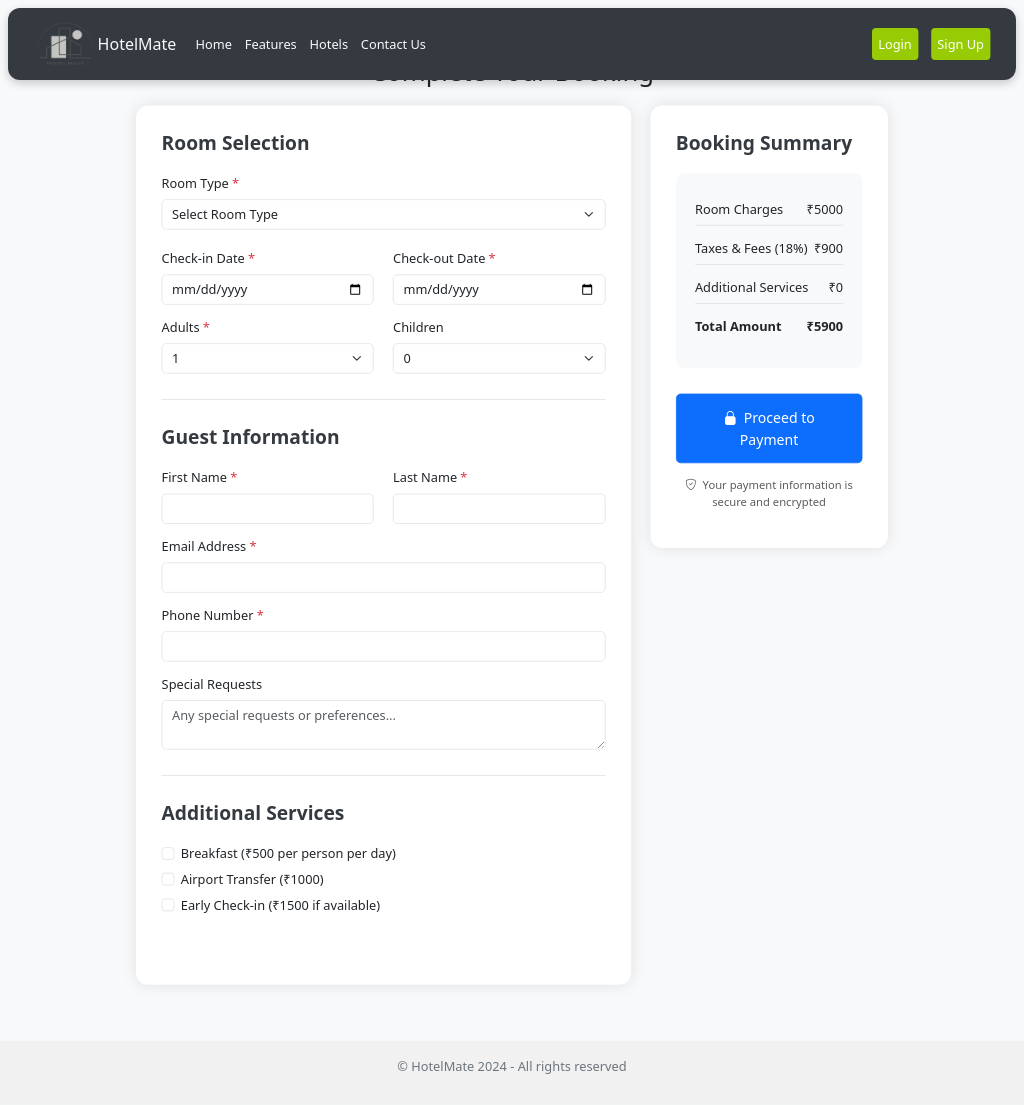
Repository: himanshu2k23/HoteMate
Page: http://localhost/HotelMate/booking.jsp
These files come from the project's save history. The page is drawn as it stood at one moment and after the next save; the edit follows.
The browser window is 1280 px wide. The pictures show the whole page, at 80% of full size.
The page is served by Tomcat 10. Other server files are loaded and not shown.

Above is the page before, as saved 2025-01-15 08:35:57.

### HotelMate/src/main/webapp/booking.jsp
<%@ page contentType="text/html;charset=UTF-8" language="java"%>
<!DOCTYPE html>
<html lang="en">
<head>
<meta charset="UTF-8">
<meta name="viewport" content="width=device-width, initial-scale=1.0">
<title>Book Your Stay - HotelMate</title>
<link
	href="https://cdn.jsdelivr.net/npm/bootstrap@5.3.0/dist/css/bootstrap.min.css"
	rel="stylesheet">
<link
	href="https://cdn.jsdelivr.net/npm/bootstrap-icons/font/bootstrap-icons.css"
	rel="stylesheet">

<style>
body {
	background-color: #f8f9fa;
}

.booking-container {
	max-width: 1000px;
	margin: 40px auto;
	padding: 30px;

}

.booking-form {
	background: white;
	padding: 2rem;
	border-radius: 15px;
	box-shadow: 0 0 20px rgba(0, 0, 0, 0.1);
}

.booking-summary {
	background: #f8f9fa;
	padding: 1.5rem;
	border-radius: 10px;
	margin-bottom: 2rem;
}

.price-detail {
	display: flex;
	justify-content: space-between;
	margin-bottom: 0.5rem;
	padding: 0.5rem 0;
	border-bottom: 1px solid #dee2e6;
}

.price-detail:last-child {
	border-bottom: none;
	font-weight: bold;
}

.form-section {
	margin-bottom: 2rem;
	padding-bottom: 1rem;
	border-bottom: 1px solid #dee2e6;
}

.form-section:last-child {
	border-bottom: none;
}

.section-title {
	color: #343a40;
	margin-bottom: 1.5rem;
	font-weight: 600;
}

.input-group-text {
	background-color: #f8f9fa;
}

.btn-proceed {
	padding: 1rem 2rem;
	font-size: 1.1rem;
	font-weight: 500;
}

.room-type-select {
	margin-bottom: 1.5rem;
}

.special-requests {
	min-height: 100px;
}

.error-feedback {
	color: #dc3545;
	font-size: 0.875rem;
	margin-top: 0.25rem;
}

.required-field::after {
	content: "*";
	color: #dc3545;
	margin-left: 4px;
}
</style>
</head>
<body>
	<!-- Navbar -->
	<%@ include file="/Components/navbar.jsp"%>

	<div class="container booking-container">
		<h2 class="text-center mb-4">Complete Your Booking</h2>

		<div class="row">
			<div class="col-lg-8">
				<form class="booking-form" id="bookingForm"
					action="ProcessPaymentServlet" method="POST">
					<!-- Room Selection -->
					<div class="form-section">
						<h4 class="section-title">Room Selection</h4>
						<div class="room-type-select">
							<label class="form-label required-field">Room Type</label> <select
								class="form-select" name="roomType" required>
								<option value="">Select Room Type</option>
								<option value="deluxe">Deluxe Room</option>
								<option value="suite">Executive Suite</option>
								<option value="presidential">Presidential Suite</option>
							</select>
						</div>

						<div class="row">
							<div class="col-md-6 mb-3">
								<label class="form-label required-field">Check-in Date</label> <input
									type="date" class="form-control" name="checkIn" required>
							</div>
							<div class="col-md-6 mb-3">
								<label class="form-label required-field">Check-out Date</label>
								<input type="date" class="form-control" name="checkOut" required>
							</div>
						</div>

						<div class="row">
							<div class="col-md-6 mb-3">
								<label class="form-label required-field">Adults</label> <select
									class="form-select" name="adults" required>
									<option value="1">1</option>
									<option value="2">2</option>
									<option value="3">3</option>
									<option value="4">4</option>
								</select>
							</div>
							<div class="col-md-6 mb-3">
								<label class="form-label">Children</label> <select
									class="form-select" name="children">
									<option value="0">0</option>
									<option value="1">1</option>
									<option value="2">2</option>
									<option value="3">3</option>
								</select>
							</div>
						</div>
					</div>

					<!-- Guest Information -->
					<div class="form-section">
						<h4 class="section-title">Guest Information</h4>
						<div class="row">
							<div class="col-md-6 mb-3">
								<label class="form-label required-field">First Name</label> <input
									type="text" class="form-control" name="firstName" required>
							</div>
							<div class="col-md-6 mb-3">
								<label class="form-label required-field">Last Name</label> <input
									type="text" class="form-control" name="lastName" required>
							</div>
						</div>

						<div class="mb-3">
							<label class="form-label required-field">Email Address</label> <input
								type="email" class="form-control" name="email" required>
						</div>

						<div class="mb-3">
							<label class="form-label required-field">Phone Number</label> <input
								type="tel" class="form-control" name="phone" required>
						</div>

						<div class="mb-3">
							<label class="form-label">Special Requests</label>
							<textarea class="form-control special-requests"
								name="specialRequests"
								placeholder="Any special requests or preferences..."></textarea>
						</div>
					</div>

					<!-- Additional Services -->
					<div class="form-section">
						<h4 class="section-title">Additional Services</h4>
						<div class="form-check mb-2">
							<input class="form-check-input" type="checkbox" name="breakfast"
								id="breakfast"> <label class="form-check-label"
								for="breakfast"> Breakfast (₹500 per person per day) </label>
						</div>
						<div class="form-check mb-2">
							<input class="form-check-input" type="checkbox" name="airport"
								id="airport"> <label class="form-check-label"
								for="airport"> Airport Transfer (₹1000) </label>
						</div>
						<div class="form-check mb-2">
							<input class="form-check-input" type="checkbox"
								name="earlyCheckin" id="earlyCheckin"> <label
								class="form-check-label" for="earlyCheckin"> Early
								Check-in (₹1500 if available) </label>
						</div>
					</div>
				</form>
			</div>

			<!-- Booking Summary -->
			<div class="col-lg-4">
				<div class="booking-form">
					<h4 class="section-title">Booking Summary</h4>
					<div class="booking-summary">
						<div class="price-detail">
							<span>Room Charges</span> <span>₹5000</span>
						</div>
						<div class="price-detail">
							<span>Taxes & Fees (18%)</span> <span>₹900</span>
						</div>
						<div class="price-detail">
							<span>Additional Services</span> <span>₹0</span>
						</div>
						<div class="price-detail">
							<span>Total Amount</span> <span>₹5900</span>
						</div>
					</div>

					<button type="submit" form="bookingForm"
						class="btn btn-primary w-100 btn-proceed">
						<i class="bi bi-lock-fill me-2"></i>Proceed to Payment
					</button>

					<p class="text-muted small text-center mt-3">
						<i class="bi bi-shield-check me-1"></i> Your payment information
						is secure and encrypted
					</p>
				</div>
			</div>
		</div>
	</div>

	<!-- Footer -->
	<%@ include file="/Components/footer.jsp"%>

	<script
		src="https://cdn.jsdelivr.net/npm/@popperjs/core@2.11.7/dist/umd/popper.min.js"></script>
	<script
		src="https://cdn.jsdelivr.net/npm/bootstrap@5.3.0/dist/js/bootstrap.min.js"></script>

	<script>
        document.getElementById('bookingForm').addEventListener('submit', function(e) {
            e.preventDefault();
            // Add your payment gateway integration code here
            alert('Redirecting to payment gateway...');
            this.submit();
        });

        // Update booking summary based on selections
        const updateSummary = () => {
            // Add your price calculation logic here
        };

        // Add date validation
        const checkInDate = document.querySelector('input[name="checkIn"]');
        const checkOutDate = document.querySelector('input[name="checkOut"]');

        const today = new Date().toISOString().split('T')[0];
        checkInDate.min = today;

        checkInDate.addEventListener('change', function() {
            checkOutDate.min = this.value;
        });
    </script>
</body>
</html>

### HotelMate/src/main/webapp/Components/navbar.jsp
<%@ page import="jakarta.servlet.http.HttpSession"%>
<%@ page import="jakarta.servlet.http.HttpServletRequest"%>


<nav class="navbar navbar-expand-lg"
	style="background-color: #343a40; border-radius: 15px; padding: 10px 20px; box-shadow: 0px 4px 12px rgba(0, 0, 0, 0.2); margin: 10px; position: fixed; top: 0px; width: calc(100% - 20px); z-index: 1000;">
	<div class="container-fluid">
		<!-- Logo and Brand Name -->
		<a class="navbar-brand text-light d-flex align-items-center"
			href="index.jsp"> <img
			src="http://localhost:8080/HotelMate/Images/HotelmateLogo.png"
			alt="Logo" width="80" height="60"
			class="d-inline-block align-text-top"> <span
			class="nav-link text-light active">HotelMate</span>
		</a>

		<!-- Toggler button for smaller screens -->
		<button class="navbar-toggler" type="button" data-bs-toggle="collapse"
			data-bs-target="#navbarNav" aria-controls="navbarNav"
			aria-expanded="false" aria-label="Toggle navigation"
			style="border-color: #f8f9fa;">
			<span class="navbar-toggler-icon" style="color: #f8f9fa;"></span>
		</button>

		<!-- Navbar Links -->
		<div class="collapse navbar-collapse" id="navbarNav">
			<ul class="navbar-nav me-auto">
				<li class="nav-item"><a
					class="nav-link text-light active hover-effect" aria-current="page"
					href="index.jsp">Home</a></li>
				<li class="nav-item"><a
					class="nav-link text-light hover-effect" href="#"
					onclick="scrollToFeatures(event)">Features</a></li>
				<li class="nav-item"><a
					class="nav-link text-light hover-effect" href="HotelDataServlet">Hotels</a>
				</li>
				<li class="nav-item"><a
					class="nav-link text-light hover-effect" href="#"
					onclick="scrollToContact(event)">Contact Us</a></li>
			</ul>

			<!-- Login/Sign Up or Account Dropdown -->
			<ul class="navbar-nav ms-auto gap-3">
				<%
				// Check if the session exists and retrieve user data
				if (session.getAttribute("userEmail") != null) {
					String username = (String) session.getAttribute("userEmail");
				%>
				<li class="nav-item dropdown"><a
					class="nav-link dropdown-toggle text-light" href="#"
					id="userDropdown" role="button" data-bs-toggle="dropdown"
					aria-expanded="false"> <i class="bi bi-person-circle"
						style="font-size: 2rem;"></i>
				</a>
					<ul class="dropdown-menu dropdown-menu-end"
						aria-labelledby="userDropdown">
						<li><a class="dropdown-item" href="mybookings.jsp">My
								Bookings</a></li>
						<li><hr class="dropdown-divider"></li>
						<li><a class="dropdown-item" href="LogoutServlet">Logout</a></li>
					</ul></li>
				<%
				} else {
				// User is not logged in
				%>
				<li class="nav-item"><a class="nav-link login-btn"
					href="login.jsp">Login</a></li>
				<li class="nav-item"><a class="nav-link signup-btn"
					href="signup.jsp">Sign Up</a></li>
				<%
				}
				%>
			</ul>
		</div>
	</div>
</nav>
<script type="text/javascript">
function scrollToFeatures(event) {
	event.preventDefault();
	localStorage.setItem('scrollToFeatures', 'true');
	window.location.href = "index.jsp";
}

function scrollToContact(event) {
	event.preventDefault();
	localStorage.setItem('scrollToContact', 'true');
	window.location.href = "index.jsp";
}

</script>

<style>
.hover-effect {
	transition: color 0.3s ease, background-color 0.3s ease;
}

.hover-effect:hover {
	color: #97CC04 !important;
}

.login-btn, .signup-btn {
	background-color: #97CC04;
	color: #fff;
	border-radius: 5px;
	padding: 8px 15px;
	transition: background-color 0.3s ease;
}

.login-btn:hover, .signup-btn:hover {
	background-color: #76b302;
	color: #fff;
}
</style>

### HotelMate/src/main/webapp/Components/footer.jsp
<style>
.footer {
	padding: 20px 0;
	background-color: #f1f1f1;
	text-align: center;
}
</style>

<div class='footer' id="footer">
	<p class="text-center text-secondary">© HotelMate 2024 - All
		rights reserved</p>
</div>

After the next save:
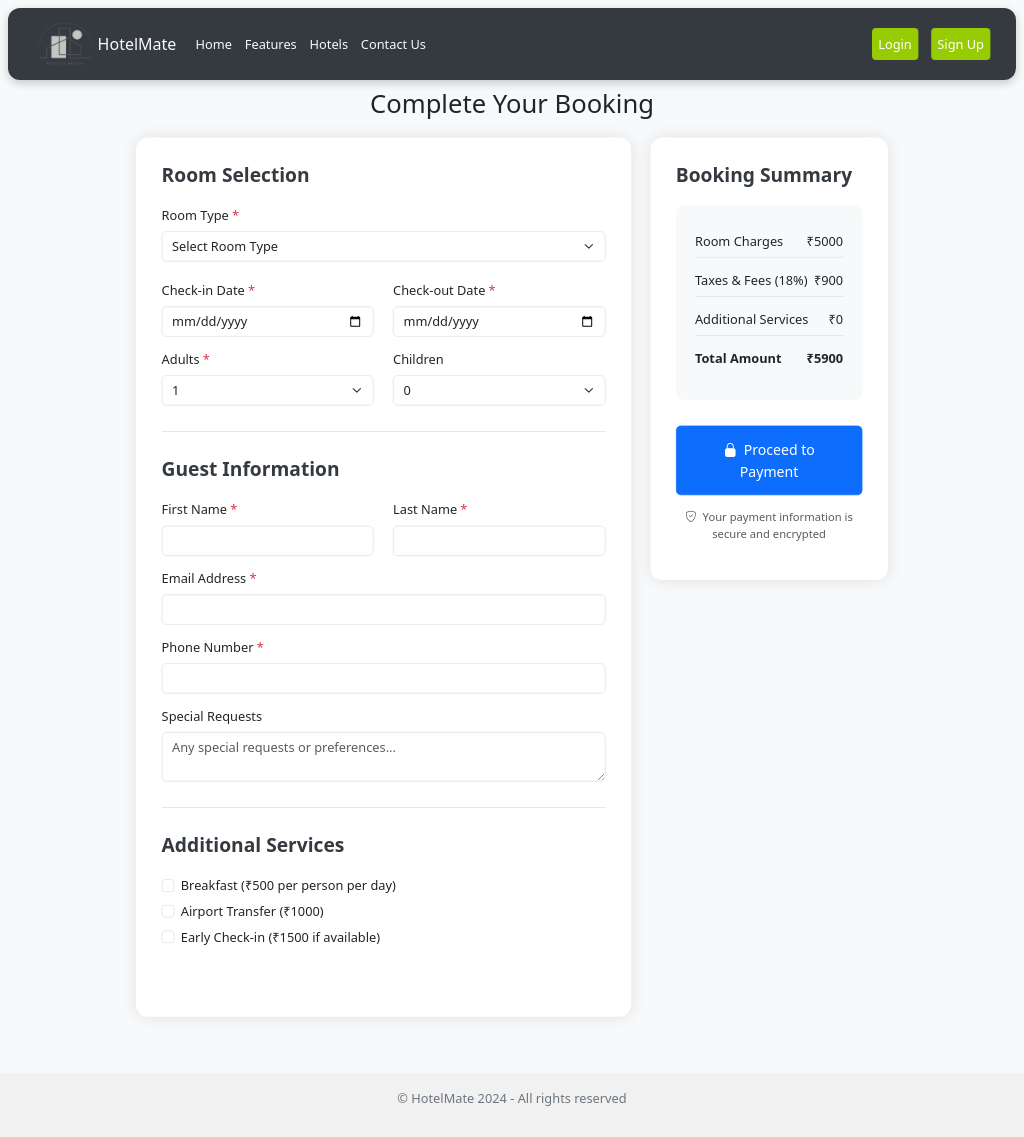
Saved 54 s later.
--- a/HotelMate/src/main/webapp/booking.jsp
+++ b/HotelMate/src/main/webapp/booking.jsp
@@ -21,7 +21,7 @@ body {
 	max-width: 1000px;
 	margin: 40px auto;
 	padding: 30px;
-
+	margin-top: 80px;
 }
 
 .booking-form {
@@ -95,6 +95,50 @@ body {
 	content: "*";
 	color: #dc3545;
 	margin-left: 4px;
+}
+
+.hotel-preview {
+	background: white;
+	padding: 1.5rem;
+	border-radius: 15px;
+	box-shadow: 0 0 20px rgba(0, 0, 0, 0.1);
+	margin-bottom: 2rem;
+}
+
+.hotel-image {
+	width: 100%;
+	height: 200px;
+	object-fit: cover;
+	border-radius: 10px;
+	margin-bottom: 1rem;
+}
+
+.hotel-name {
+	font-size: 1.5rem;
+	font-weight: 600;
+	color: #343a40;
+	margin-bottom: 0.5rem;
+}
+
+.hotel-location {
+	color: #6c757d;
+	margin-bottom: 1rem;
+	display: flex;
+	align-items: center;
+	gap: 0.5rem;
+}
+
+.hotel-description {
+	color: #495057;
+	margin-bottom: 1rem;
+	line-height: 1.6;
+}
+
+.price-per-night {
+	font-size: 1.25rem;
+	color: #198754;
+	font-weight: 600;
+	margin-bottom: 1rem;
 }
 </style>
 </head>
